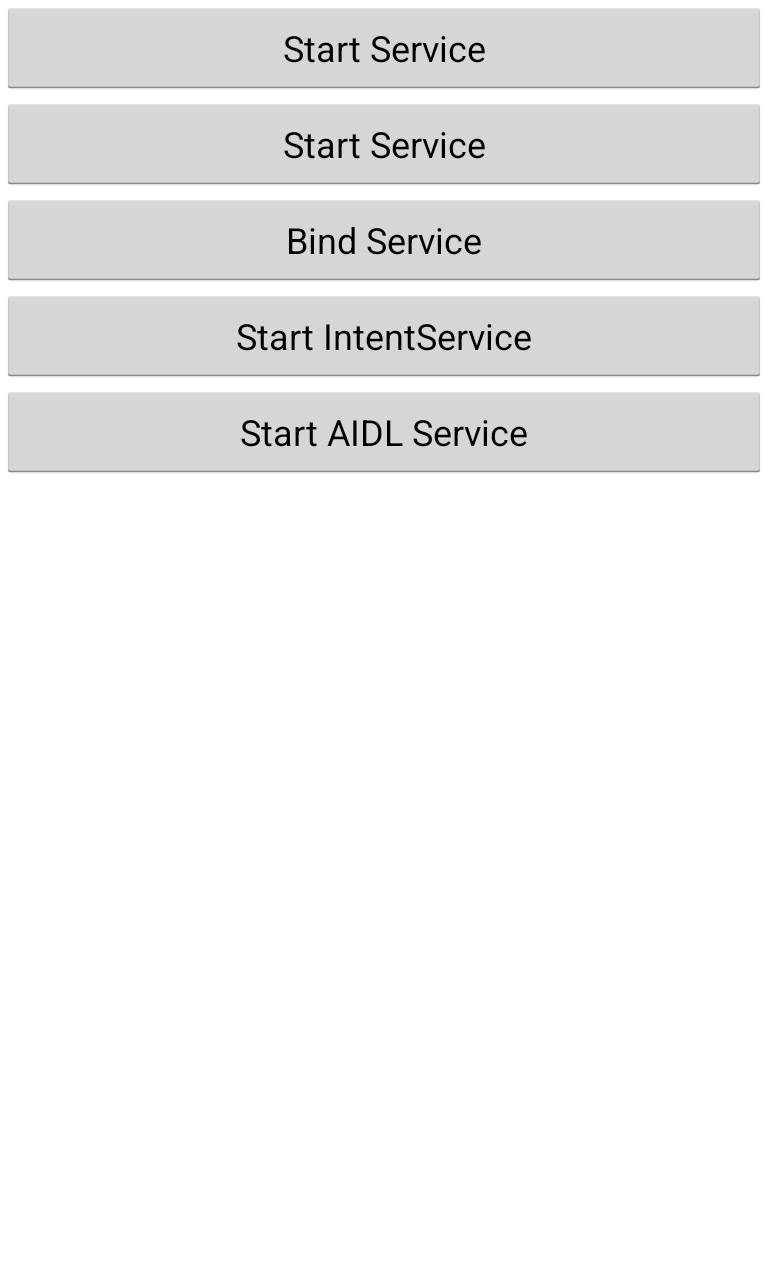
Repository: Liu-D-Henrry/Android
Layout: DemoService/res/layout/service_activity.xml
The author's editor kept a copy of each file at every save. The layout is drawn from the files as they stood at one save, then again after a run of saves.
It is drawn on a 768 x 1280 px phone screen (xhdpi) without system bars, with theme AppTheme; the app's code is not run.

Above is the layout before, as saved 2013-09-01 08:49:32.

### DemoService/res/layout/service_activity.xml
<?xml version="1.0" encoding="utf-8"?>
<LinearLayout xmlns:android="http://schemas.android.com/apk/res/android"
    android:layout_width="match_parent"
    android:layout_height="match_parent"
    android:orientation="vertical" >

    <Button
        android:id="@+id/startService"
        android:layout_width="match_parent"
        android:layout_height="wrap_content"
        android:text="@string/startService" />
    <Button
        android:id="@+id/stopService"
        android:layout_width="match_parent"
        android:layout_height="wrap_content"
        android:text="@string/stopService" />
    <Button
        android:id="@+id/bindService"
        android:layout_width="match_parent"
        android:layout_height="wrap_content"
        android:text="@string/bindService" />
    <Button
        android:id="@+id/startIntentService"
        android:layout_width="match_parent"
        android:layout_height="wrap_content"
        android:text="@string/startIntentService" />
    <Button
        android:id="@+id/startAIDLService"
        android:layout_width="match_parent"
        android:layout_height="wrap_content"
        android:text="@string/startAIDLService" />

</LinearLayout>

### DemoService/res/values/strings.xml
<?xml version="1.0" encoding="utf-8"?>
<resources>

    <string name="app_name">DemoService</string>
    <string name="action_settings">Settings</string>
    <string name="hello_world">Hello world!</string>

    <string name="startService">Start Service</string>
    <string name="stopService">Start Service</string>
    <string name="bindService">Bind Service</string>
    <string name="unbindService">Unbind Service</string>
    <string name="startIntentService">Start IntentService</string>
    <string name="startAIDLService">Start AIDL Service</string>

</resources>

Loaded but not shown: DemoService/res/values/styles.xml (common file); DemoService/res/values-v11/styles.xml (common file); DemoService/res/values-v14/styles.xml (common file)

After the next 2 saves:
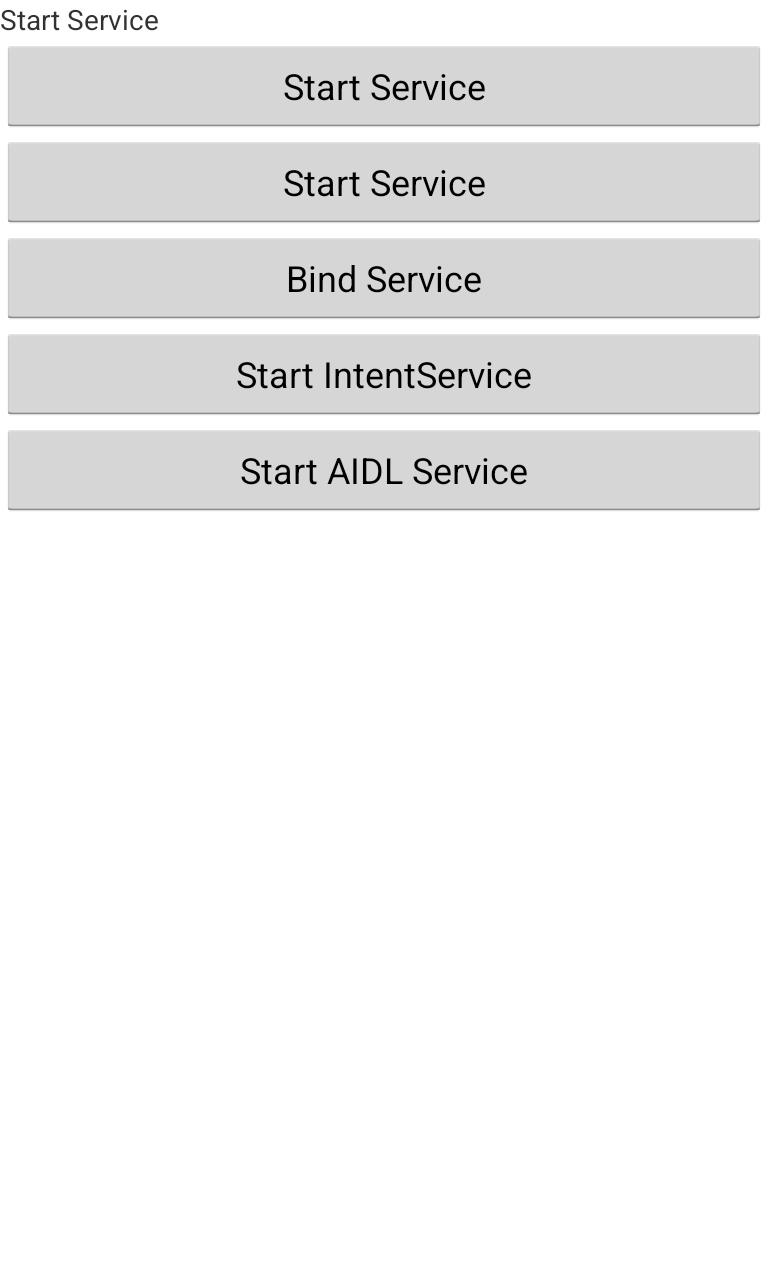
The 2 saves are shown as one change because they came seconds apart.
The last was saved 53 s later.
--- a/DemoService/res/layout/service_activity.xml
+++ b/DemoService/res/layout/service_activity.xml
@@ -3,6 +3,11 @@
     android:layout_width="match_parent"
     android:layout_height="match_parent"
     android:orientation="vertical" >
+
+    <TextView
+        android:layout_width="match_parent"
+        android:layout_height="wrap_content"
+        android:text="@string/startService" />
 
     <Button
         android:id="@+id/startService"
